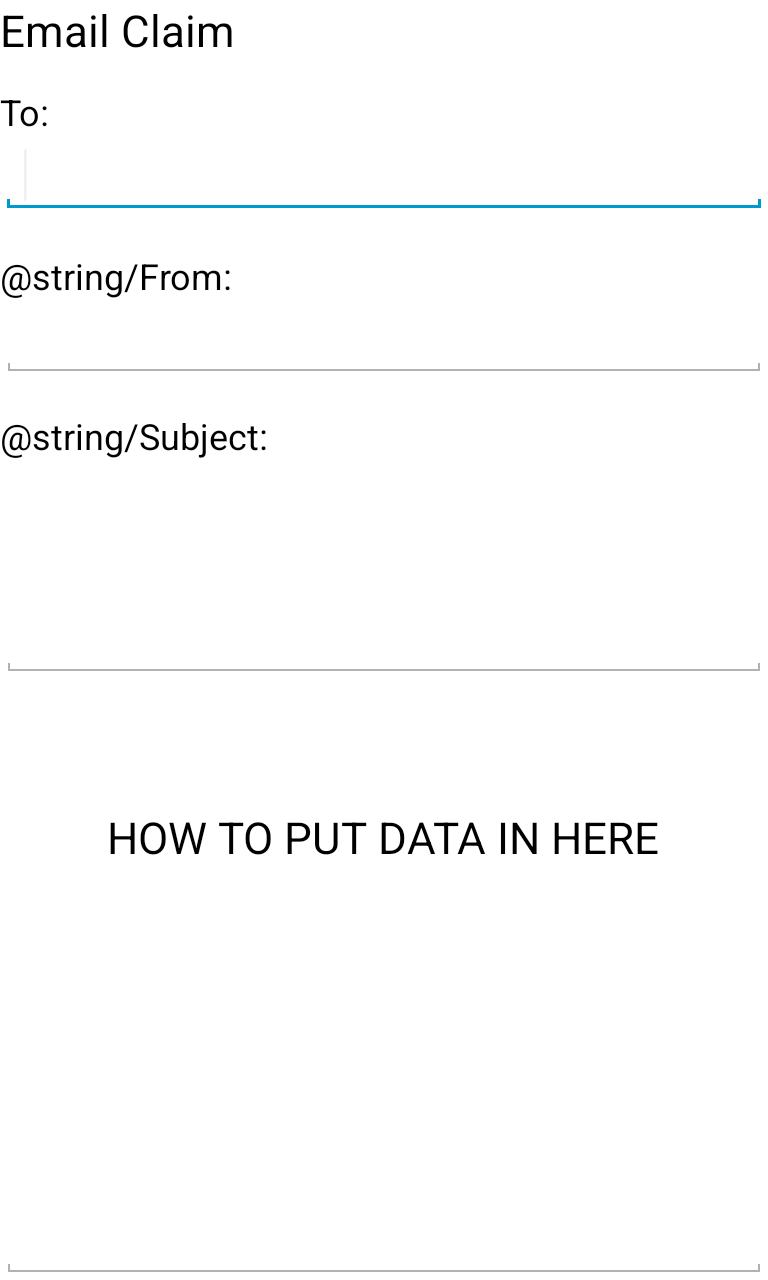
Repository: ReverseOni/Assignment1
Layout: MamesserAssign1/res/layout/email_claim.xml
These files come from the project's save history. The layout is drawn as it stood at one moment and after the next save; the edit follows.
It is drawn on a 768 x 1280 px phone screen (xhdpi) without system bars, with theme AppTheme; the app's code is not run. The app's manifest (not shown) leaves right-to-left support off. So textAlignment, textDirection and layoutDirection are ignored, and left and right values win over start and end ones.

Above is the layout before, as saved 2015-01-29 22:49:01.

After the next save:
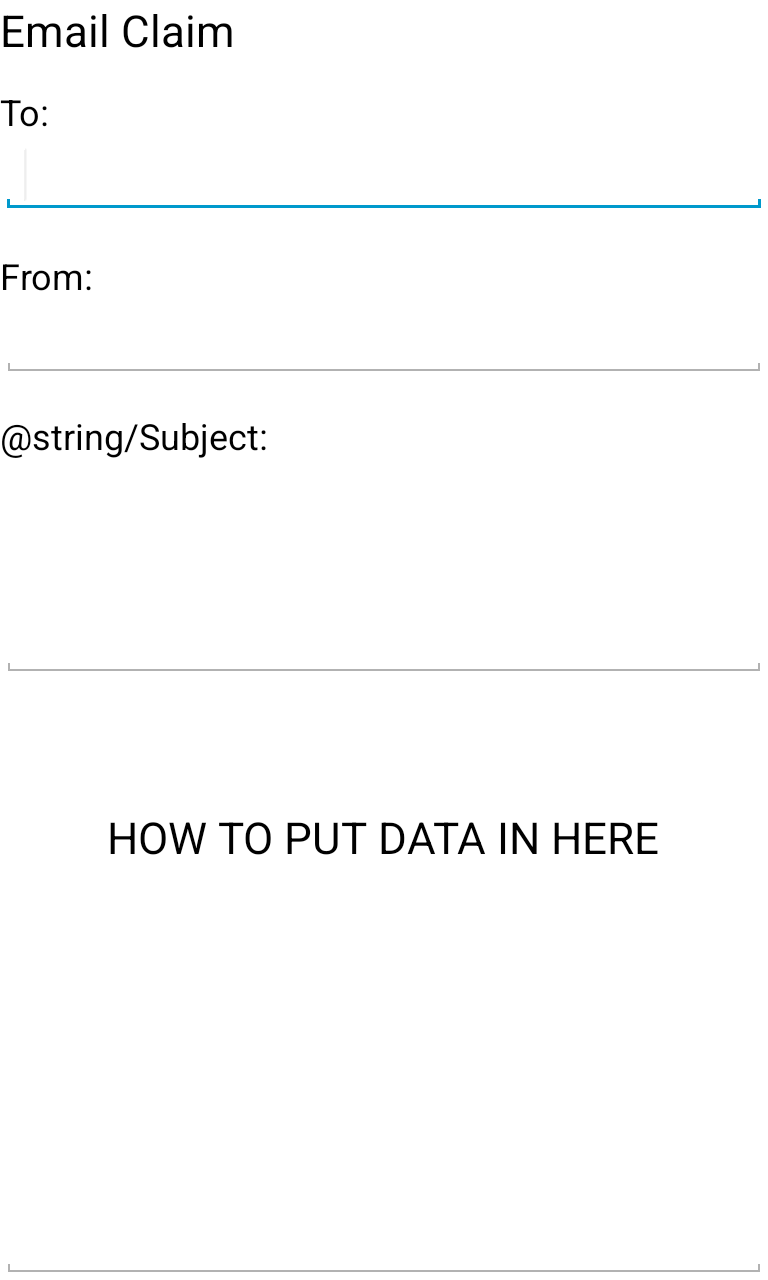
Saved 10 s later.
--- a/MamesserAssign1/res/layout/email_claim.xml
+++ b/MamesserAssign1/res/layout/email_claim.xml
@@ -48,7 +48,7 @@
         android:layout_alignParentStart="true"
         android:layout_below="@+id/EmailToText"
         android:layout_marginTop="18dp"
-        android:text="@string/From:"
+        android:text="From:"
         android:textAppearance="?android:attr/textAppearanceMedium" />
 
     <EditText
